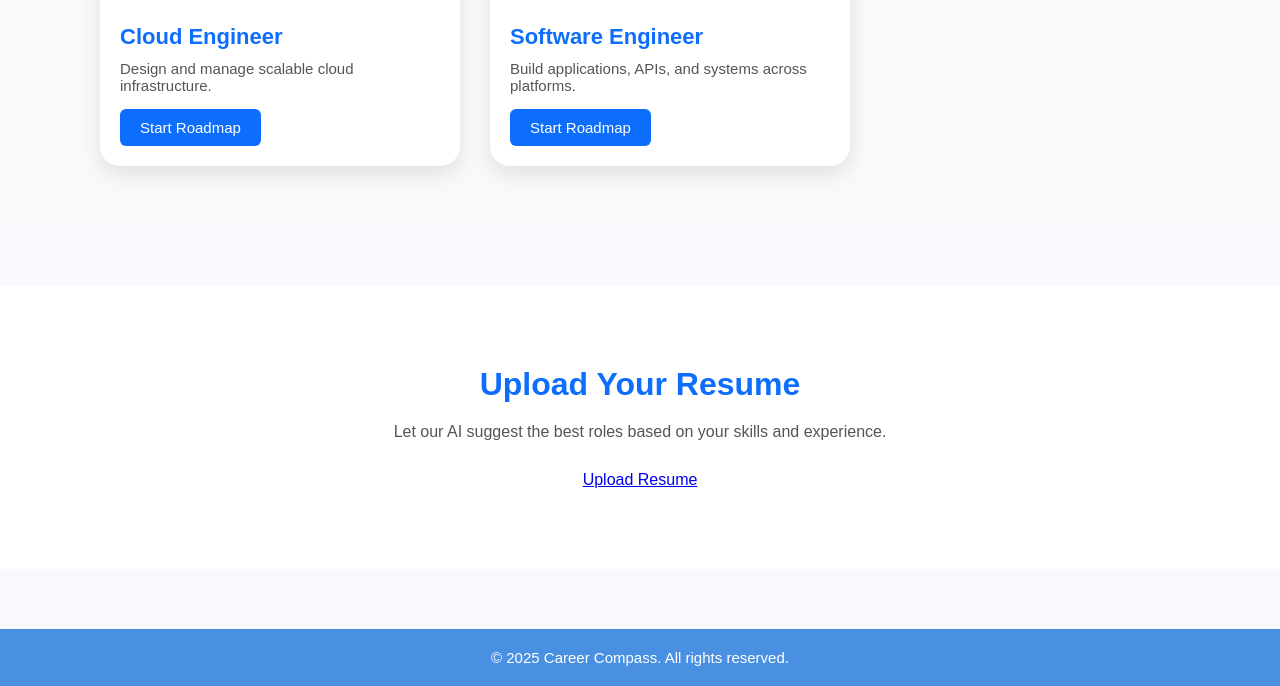
Repository: AI-Devsara01/Career-Compass
Page: templates/home.html
An editor plug-in stored every save of this project. The page is shown before and after a run of saves, followed by the edit.
The browser window is 1280 px wide. The pictures show the part of the page from y = 1150 to 1856 px (the page is 1836 px tall before and 1856 px after).
The template is drawn by Flask 3. The application's start-up code is not run. The template is opened directly, without the code that normally fills it, so the values that code supplies are empty.

Above is the page before, as saved 2025-04-20 14:38:01.

After the next 9 saves:
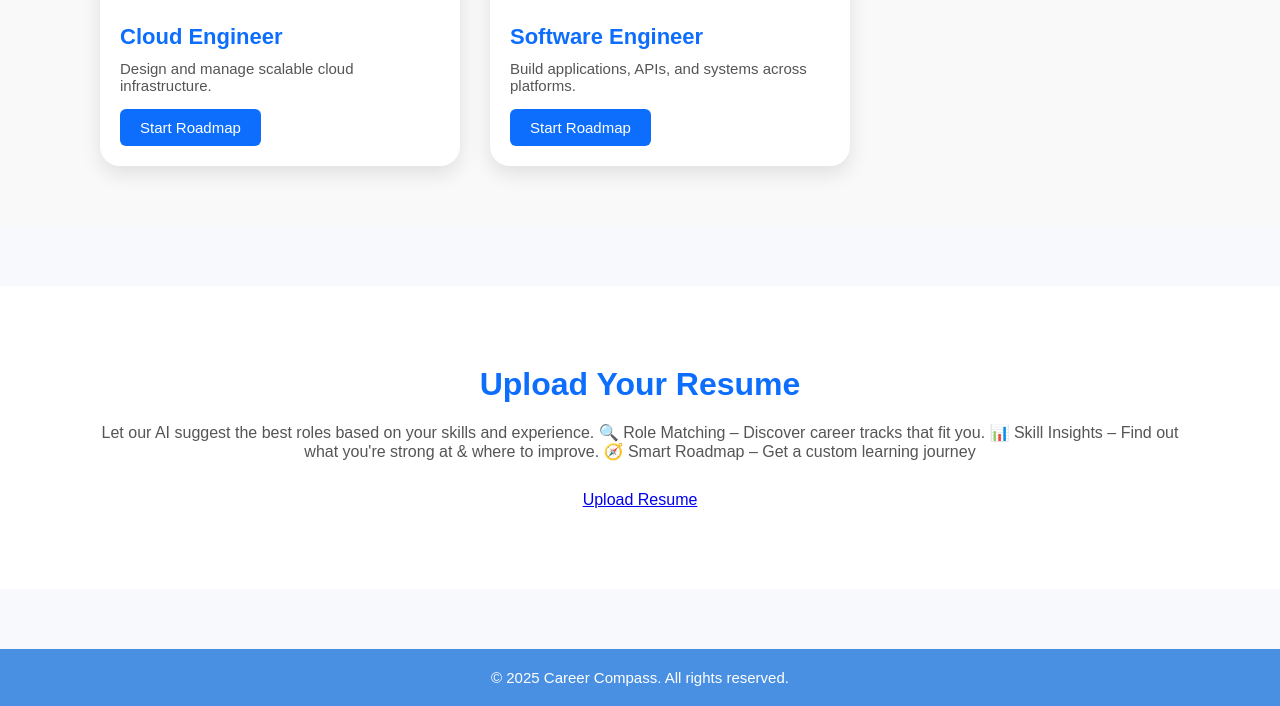
The 9 saves are shown as one change because they came seconds apart.
The last was saved 36 s later.
--- a/templates/home.html
+++ b/templates/home.html
@@ -340,7 +340,10 @@
   <div class="feature-section">
     <h2>Upload Your Resume</h2>
     <p>Let our AI suggest the best roles based on your skills
-      and experience. </p>
+      and experience.
+     🔍 Role Matching – Discover career tracks that fit you.
+      📊 Skill Insights – Find out what you're strong at & where to improve.
+     🧭 Smart Roadmap – Get a custom learning journey</li></p>
 
     <a href="/resume">Upload Resume</a>
 
